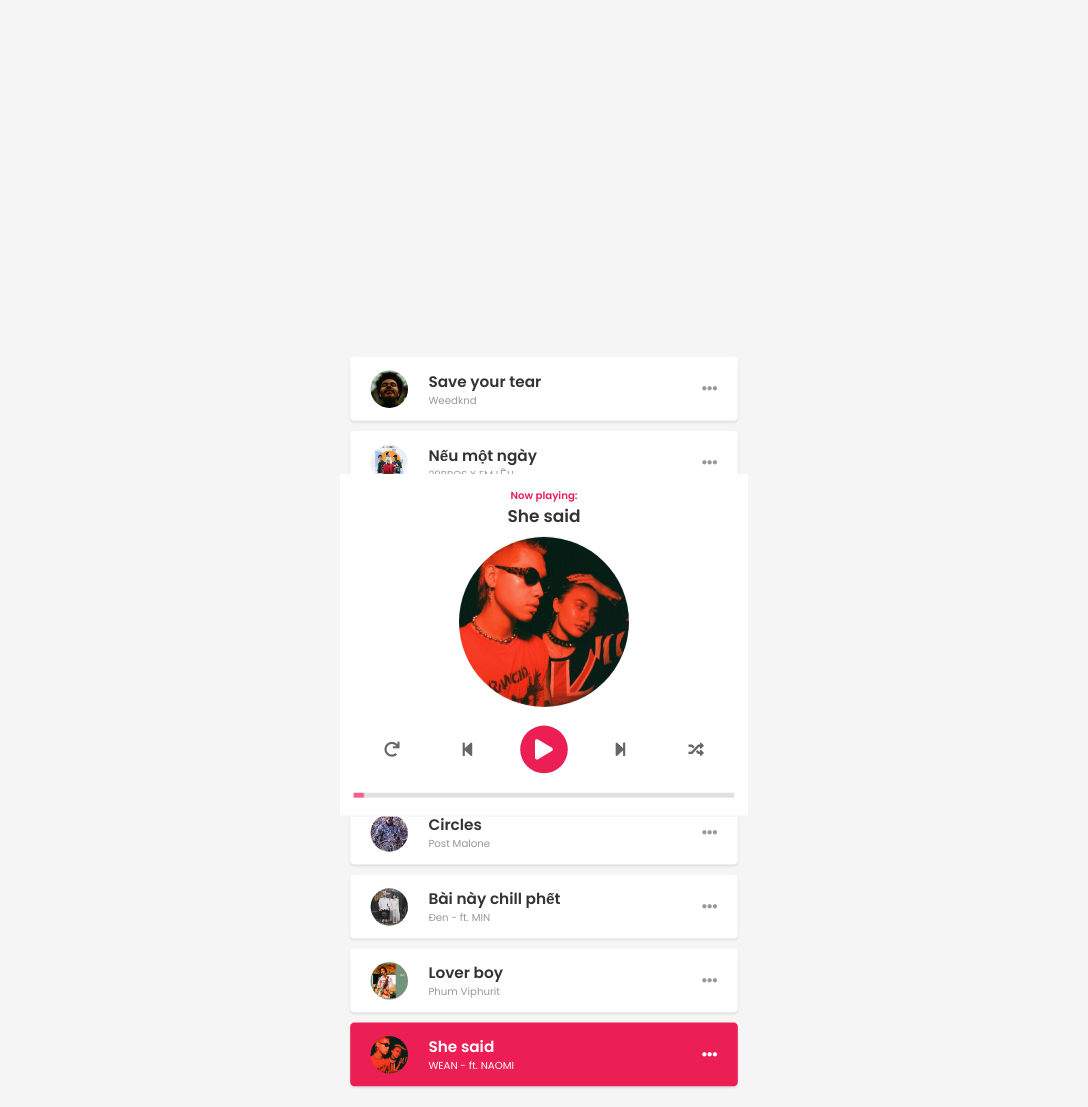
Repository: AnhTuan191298/sent-file-hoang
Page: music_player_f8/index.html
These files come from the project's save history. The page is drawn as it stood at one moment and after the next save; the edit follows.
The browser window is 1280 px wide. The pictures show the whole page, at 85% of full size.
After loading, the first visible `div.btn-prev` was clicked once.
Pictures or frames that could not be fetched are drawn as grey boxes.

Above is the page before, as saved 2021-02-18 16:01:27.

### music_player_f8/index.html
<!DOCTYPE html>
<html lang="en">
<head>
    <meta charset="UTF-8">
    <meta http-equiv="X-UA-Compatible" content="IE=edge">
    <meta name="viewport" content="width=device-width, initial-scale=1.0">
    <title>Music player F8</title>
    <link rel="stylesheet" href="https://cdnjs.cloudflare.com/ajax/libs/font-awesome/5.15.2/css/all.min.css" integrity="sha512-HK5fgLBL+xu6dm/Ii3z4xhlSUyZgTT9tuc/hSrtw6uzJOvgRr2a9jyxxT1ely+B+xFAmJKVSTbpM/CuL7qxO8w==" crossorigin="anonymous" />
    <link rel="preconnect" href="https://fonts.gstatic.com">
    <link href="https://fonts.googleapis.com/css2?family=Poppins:wght@300;400;600&display=swap" rel="stylesheet">
    <link rel="stylesheet" href="./assets/css/main.css">
</head>
<body>
    <div class="player">
        <!-- Dashboard -->
        <div class="dashboard">
          <!-- Header -->
          <header>
            <h4>Now playing:</h4>
            <h2>String 57th & 9th</h2>
          </header>

          <!-- CD -->
          <div class="cd">
            <div class="cd-thumb" style="background-image: url('https://i.ytimg.com/vi/jTLhQf5KJSc/maxresdefault.jpg')">
            </div>
          </div>

          <!-- Control -->
          <div class="control">
            <div class="btn btn-repeat">
              <i class="fas fa-redo"></i>
            </div>
            <div class="btn btn-prev">
              <i class="fas fa-step-backward"></i>
            </div>
            <div class="btn btn-toggle-play">
              <i class="fas fa-pause icon-pause"></i>
              <i class="fas fa-play icon-play"></i>
            </div>
            <div class="btn btn-next">
              <i class="fas fa-step-forward"></i>
            </div>
            <div class="btn btn-random">
              <i class="fas fa-random"></i>
            </div>
          </div>

          <input id="progress" class="progress" type="range" value="0" step="1" min="0" max="100">

          <audio id="audio" src=""></audio>
        </div>

        <!-- Playlist -->
        <div class="playlist">

        </div>
    </div>

    <script src="./assets/js/main.js"></script>
</body>
</html>

### music_player_f8/assets/css/main.css
:root {
    --primary-color: #ec1f55;
    --text-color: #333;
  }

  * {
    padding: 0;
    margin: 0;
    box-sizing: inherit;
  }

  body {
    background-color: #f5f5f5;
  }

  html {
    box-sizing: border-box;
    font-family: "Poppins", sans-serif;
  }

  .player {
    position: relative;
    max-width: 480px;
    margin: 0 auto;
  }

  .player .icon-pause {
    display: none;
  }

  .player.playing .icon-pause {
    display: inline-block;
  }

  .player.playing .icon-play {
    display: none;
  }

  .dashboard {
    padding: 16px 16px 14px;
    background-color: #fff;
    position: fixed;
    top: 0;
    width: 100%;
    max-width: 480px;
    border-bottom: 1px solid #ebebeb;
  }

  /* HEADER */
  header {
    text-align: center;
    margin-bottom: 10px;
  }

  header h4 {
    color: var(--primary-color);
    font-size: 12px;
  }

  header h2 {
    color: var(--text-color);
    font-size: 20px;
  }

  /* CD */
  .cd {
    display: flex;
    margin: auto;
    width: 200px;
  }

  .cd-thumb {
    width: 100%;
    padding-top: 100%;
    border-radius: 50%;
    background-color: #333;
    background-size: cover;
    margin: auto;
  }

  /* CONTROL */
  .control {
    display: flex;
    align-items: center;
    justify-content: space-around;
    padding: 18px 0 8px 0;
  }

  .control .btn {
    color: #666;
    padding: 18px;
    font-size: 18px;
  }

  .control .btn.active {
    color: var(--primary-color);
  }

  .control .btn-toggle-play {
    width: 56px;
    height: 56px;
    border-radius: 50%;
    font-size: 24px;
    color: #fff;
    display: flex;
    align-items: center;
    justify-content: center;
    background-color: var(--primary-color);
  }

  .progress {
    width: 100%;
    -webkit-appearance: none;
    height: 6px;
    background: #d3d3d3;
    outline: none;
    opacity: 0.7;
    -webkit-transition: 0.2s;
    transition: opacity 0.2s;
  }

  .progress::-webkit-slider-thumb {
    -webkit-appearance: none;
    appearance: none;
    width: 12px;
    height: 6px;
    background-color: var(--primary-color);
    cursor: pointer;
  }

  /* PLAYLIST */
  .playlist {
    margin-top: 408px;
    padding: 12px;
  }

  .song {
    display: flex;
    align-items: center;
    margin-bottom: 12px;
    background-color: #fff;
    padding: 8px 16px;
    border-radius: 5px;
    box-shadow: 0 2px 3px rgba(0, 0, 0, 0.1);
  }

  .song.active {
    background-color: var(--primary-color);
  }

  .song:active {
    opacity: 0.8;
  }

  .song.active .option,
  .song.active .author,
  .song.active .title {
    color: #fff;
  }

  .song .thumb {
    width: 44px;
    height: 44px;
    border-radius: 50%;
    background-size: cover;
    margin: 0 8px;
  }

  .song .body {
    flex: 1;
    padding: 0 16px;
  }

  .song .title {
    font-size: 18px;
    color: var(--text-color);
  }

  .song .author {
    font-size: 12px;
    color: #999;
  }

  .song .option {
    padding: 16px 8px;
    color: #999;
    font-size: 18px;
    cursor: pointer;
  }

### music_player_f8/assets/js/main.js
const $ = document.querySelector.bind(document)
const $$ = document.querySelectorAll.bind(document)

/*
    1. Render song
    2. Scroll Top
    3. Play / Pause / Seek
    4. CD retate
    5. Next/Prev
    6. Random
    7. Next / Repeat when ended
    8. Active song
    9. Scroll active song into view
    10. Play song when click
*/

const player = $('.player')
const playlist = $('.playlist')
const heading = $('header h2')
const cdThumb = $('.cd-thumb')
const audio = $('#audio')
const cd = $('.cd')
const playBtn = $('.btn-toggle-play')
const progress = $('#progress')
const nextBtn = $('.btn-next')
const prevBtn = $('.btn-prev')
const randomBtn = $('.btn-random')
const repeatBtn = $('.btn-repeat')

const app = {
    currentIndex: 0,
    isPlaying: false,
    isRandom: false,
    isRepeat: false,
    songs: [
        {
            name: 'Save your tear',
            singer: 'Weedknd',
            path: './assets/audio/save_your_tear.mp3',
            img: './assets/img/save-your-tear.jpg'
        },
        {
            name: 'Nếu một ngày',
            singer: '29BROS X EM LỀU',
            path: './assets/audio/neu_mot_ngay.mp3',
            img: './assets/img/neu-mot-ngay.jpg'
        },
        {
            name: 'instagram',
            singer: 'DEAN',
            path: './assets/audio/instagram.mp3',
            img: './assets/img/instagram.jpg'
        },
        {
            name: 'LẦN CUỐI',
            singer: 'Ngọt',
            path: './assets/audio/lan_cuoi.mp3',
            img: './assets/img/lan-cuoi.jpg'
        },
        {
            name: 'Blue Tequila',
            singer: 'Táo',
            path: './assets/audio/blue_tequila.mp3',
            img: './assets/img/tequila.jpg'
        },
        {
            name: 'Someone that I used to know',
            singer: 'Gotye Feat. Kimbra',
            path: './assets/audio/somebody_that_i_used_to_know.mp3',
            img: './assets/img/somebody.jpg'
        },
        {
            name: 'Circles',
            singer: 'Post Malone',
            path: './assets/audio/circles.mp3',
            img: './assets/img/circles.jpg'
        },
        {
            name: 'Bài này chill phết',
            singer: 'Đen - ft. MIN',
            path: './assets/audio/bai_nay_chill_phet.mp3',
            img: './assets/img/chill.jpg'
        },
        {
            name: 'Lover boy',
            singer: 'Phum Viphurit',
            path: './assets/audio/lover_boy.mp3',
            img: './assets/img/lover-boy.jpg'
        },
        {
            name: 'She said',
            singer: 'WEAN - ft. NAOMI',
            path: './assets/audio/she_said.mp3',
            img: './assets/img/she-said.jpg'
        },
    ],
    render: function() {
        const htmls = this.songs.map(function(song, index) {
            return `
            <div class="song ${index === app.currentIndex ? 'active' : ''}">
                <div class="thumb" style="background-image: url('${song.img}')">
                </div>
                <div class="body">
                <h3 class="title">${song.name}</h3>
                <p class="author">${song.singer}</p>
                </div>
                <div class="option">
                <i class="fas fa-ellipsis-h"></i>
                </div>
            </div>
            `
        })
        playlist.innerHTML = htmls.join('')
    },
    defineProperties:function() {
        Object.defineProperty(this, 'currentSong', {
            get: function() {
                return this.songs[this.currentIndex]
            }
        })
    },
    handleEvents: function() {
        const _this= this
        const cdWidth = cd.offsetWidth

        // Xử lý CD quay/dừng
        const cdThumbAnimate = cdThumb.animate([
            {transform: 'rotate(360deg)'}
        ], {
            duration: 10000, //10 second
            iterations: Infinity
        })
        cdThumbAnimate.pause()

        // Xứ lý phóng to thu nhỏ CD
        document.onscroll = function() {
            const scrollTop = window.scrollY || document.documentElement.scrollTop
            const newCdWidth = cdWidth - scrollTop

            if (newCdWidth > 0) {
                cd.style.width = newCdWidth + 'px'
            } else if (newCdWidth < 0) {
                cd.style.width = 0 + 'px'
            }

            cd.style.opacity = newCdWidth / cdWidth
        }

        // Xử lý khi click play
        playBtn.onclick = function() {
            if (_this.isPlaying) {
                audio.pause()
            } else {
                audio.play()
            }

        }

        // Khi song được play
        audio.onplay = function() {
            _this.isPlaying = true
            player.classList.add('playing')
            cdThumbAnimate.play()
        }

         // Khi song bị pause
         audio.onpause = function() {
            _this.isPlaying = false
            player.classList.remove('playing')
            cdThumbAnimate.pause()
        }

        // Khi tiến độ bài hát thay đổi
        audio.ontimeupdate = function() {
            if (audio.duration) {
                const progressPercent = Math.floor(audio.currentTime / audio.duration * 100)
                progress.value = progressPercent
            }
        }

        // Xử lý khi tua song
        progress.onchange = function(e) {
            const seekTime = audio.duration / 100 * e.target.value
            audio.currentTime = seekTime
        }

        // Khi next song
        nextBtn.onclick = function() {
            if (_this.isRandom) {
                _this.playRandomSong()
            } else {
                _this.nextSong()
            }
            audio.play()
            _this.render()
            _this.scrollToActiveSong()
        }

        // Khi prev song
        prevBtn.onclick = function() {
            if (_this.isRandom) {
                _this.playRandomSong()
            } else {
                _this.prevSong()
            }
            audio.play()
            _this.render()
            _this.scrollToActiveSong()
        }

        // Xử lý bật/tắt random
        randomBtn.onclick = function() {
            _this.isRandom = !_this.isRandom
            randomBtn.classList.toggle('active', _this.isRandom )
        }

        // Xử lý phát lặp lại 1 song
        repeatBtn.onclick = function() {
            _this.isRepeat = !_this.isRepeat
            repeatBtn.classList.toggle('active', _this.isRepeat )
        }

        // Xử lý next song khi audio ended
        audio.onended = function(e) {
            if (_this.isRepeat) {
                audio.play()
            } else {
                nextBtn.click()
            }
        }

    },
    scrollToActiveSong: function() {
        setTimeout(() => {
            $('.song.active').scrollIntoView({
                behavior: 'smooth',
                block: 'nearest'
            })
        }, 300)
    },
    loadCurrentSong: function() {

        heading.textContent = this.currentSong.name
        cdThumb.style.backgroundImage = `url('${this.currentSong.img}')`
        audio.src = this.currentSong.path
    },
    nextSong: function() {
        this.currentIndex++
        if (this.currentIndex >= this.songs.length) {
            this.currentIndex = 0
        }
        this.loadCurrentSong()
    },
    prevSong: function() {
        this.currentIndex--
        if (this.currentIndex < 0) {
            this.currentIndex = this.songs.length - 1
        }
        this.loadCurrentSong()
    },
    playRandomSong: function() {
        let newIndex
        do {
            newIndex = Math.floor(Math.random() * this.songs.length)
        } while(newIndex === this.currentIndex)

        this.currentIndex = newIndex
        this.loadCurrentSong()
    },
    start: function() {
        // Định nghĩa các thuộc tính cho Object
        this.defineProperties()

        // Xử lý các sự kiện (DOM Events)
        this.handleEvents()

        // Tải thông tin bài hát đầu tiên vào UI khu chạy ứng dụng
        this.loadCurrentSong()

        // Render play list
        this.render()
    }
}

app.start()

After the next save:
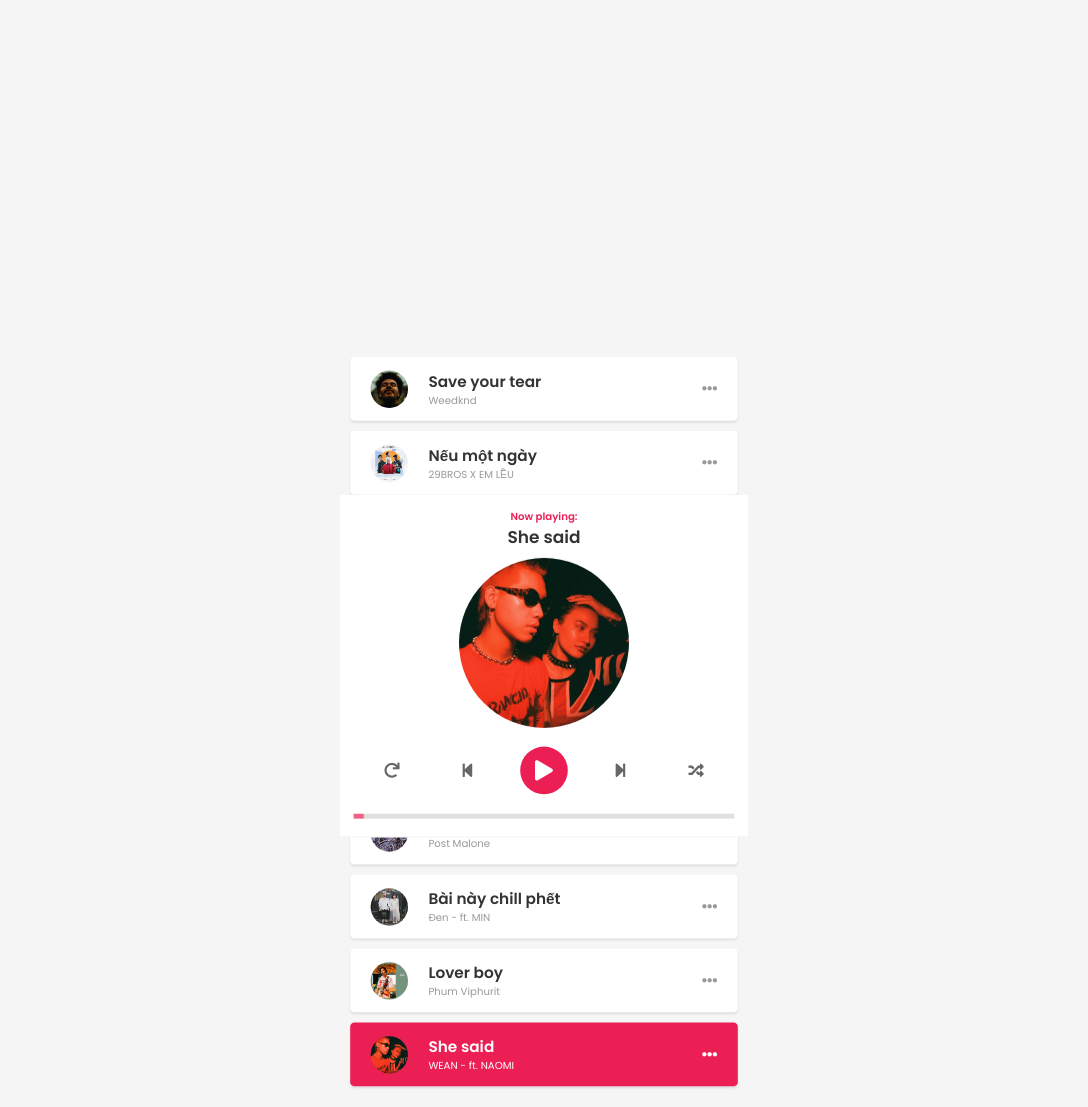
Saved 18 s later.
--- a/music_player_f8/assets/js/main.js
+++ b/music_player_f8/assets/js/main.js
@@ -234,7 +234,7 @@
         setTimeout(() => {
             $('.song.active').scrollIntoView({
                 behavior: 'smooth',
-                block: 'nearest'
+                block: 'center'
             })
         }, 300)
     },

After the save that followed:
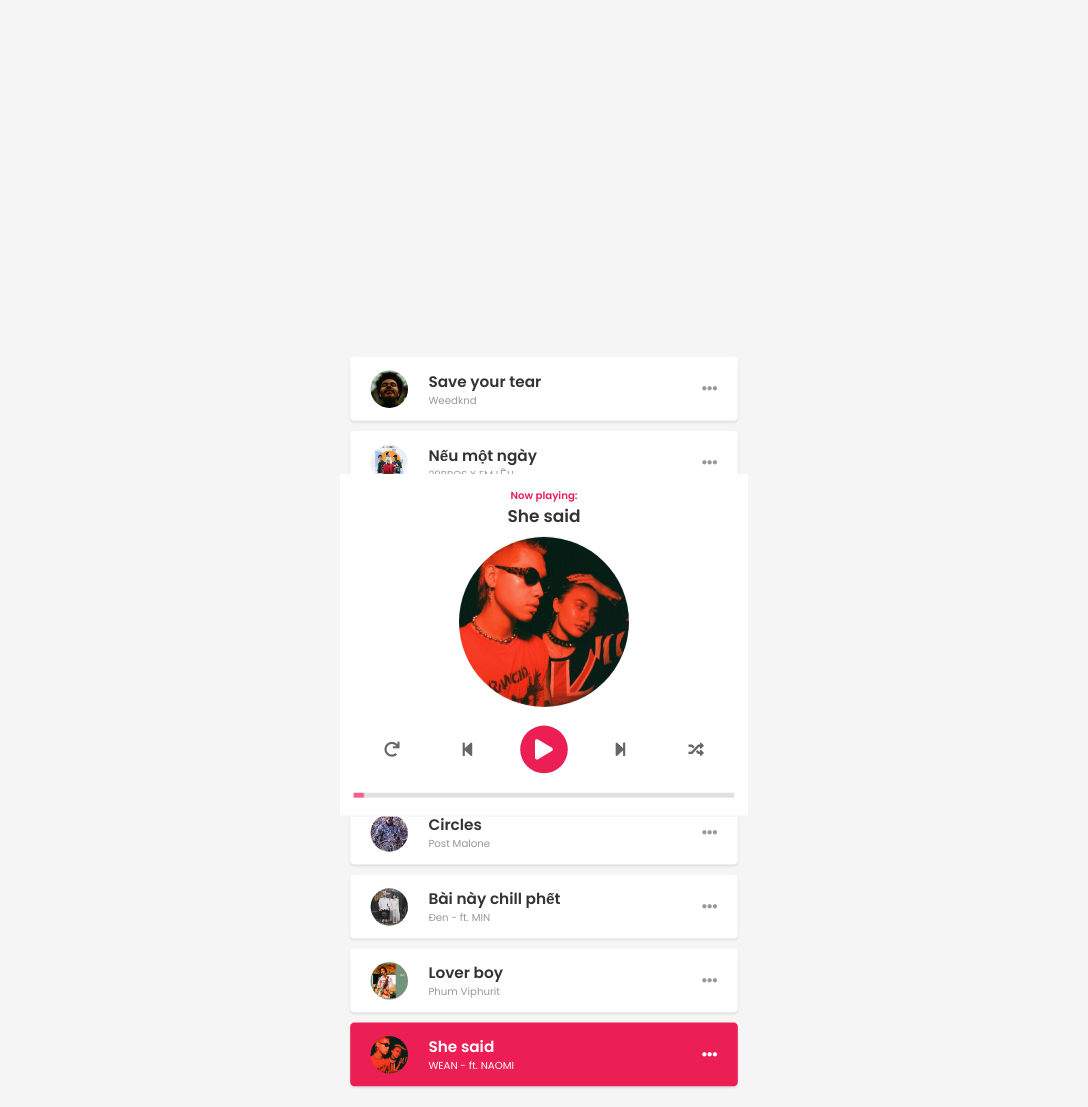
Saved 2 min 32 s later.
--- a/music_player_f8/assets/js/main.js
+++ b/music_player_f8/assets/js/main.js
@@ -234,7 +234,7 @@
         setTimeout(() => {
             $('.song.active').scrollIntoView({
                 behavior: 'smooth',
-                block: 'center'
+                block: 'end'
             })
         }, 300)
     },
